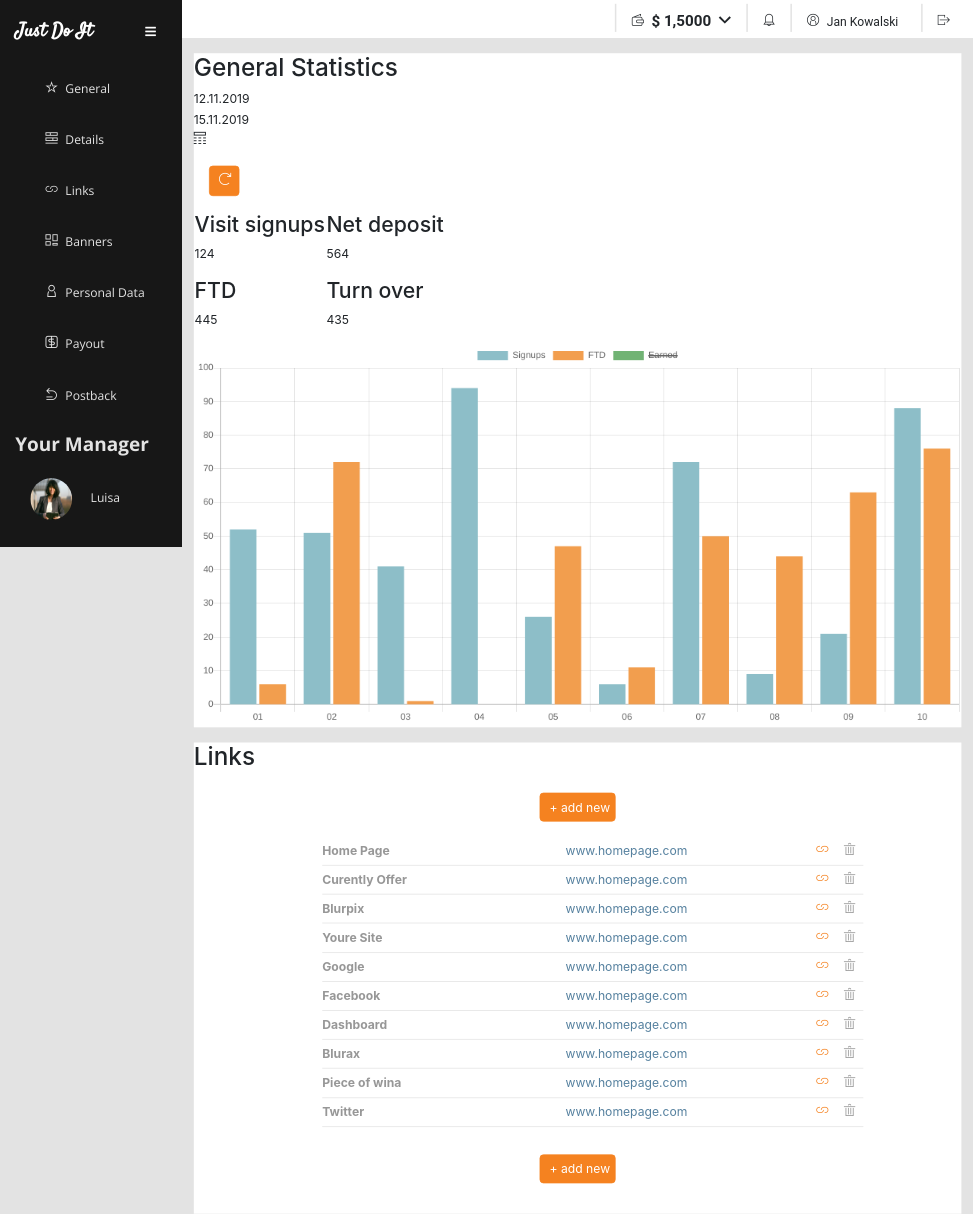
Repository: OllaWilk/wwwJustDoIt
Page: index.html
The author's editor kept a copy of each file at every save. The page is drawn from the files as they stood at one save, then again after the next save.
The browser window is 1280 px wide. The pictures show the whole page, at 76% of full size.
Some web libraries are served in a nearby version. The style sheet was rebuilt from its Sass, Less or Tailwind sources for each picture, by a compiler version that may differ from the author's.

Above is the page before, as saved 2019-12-25 16:48:18.

After the next save:
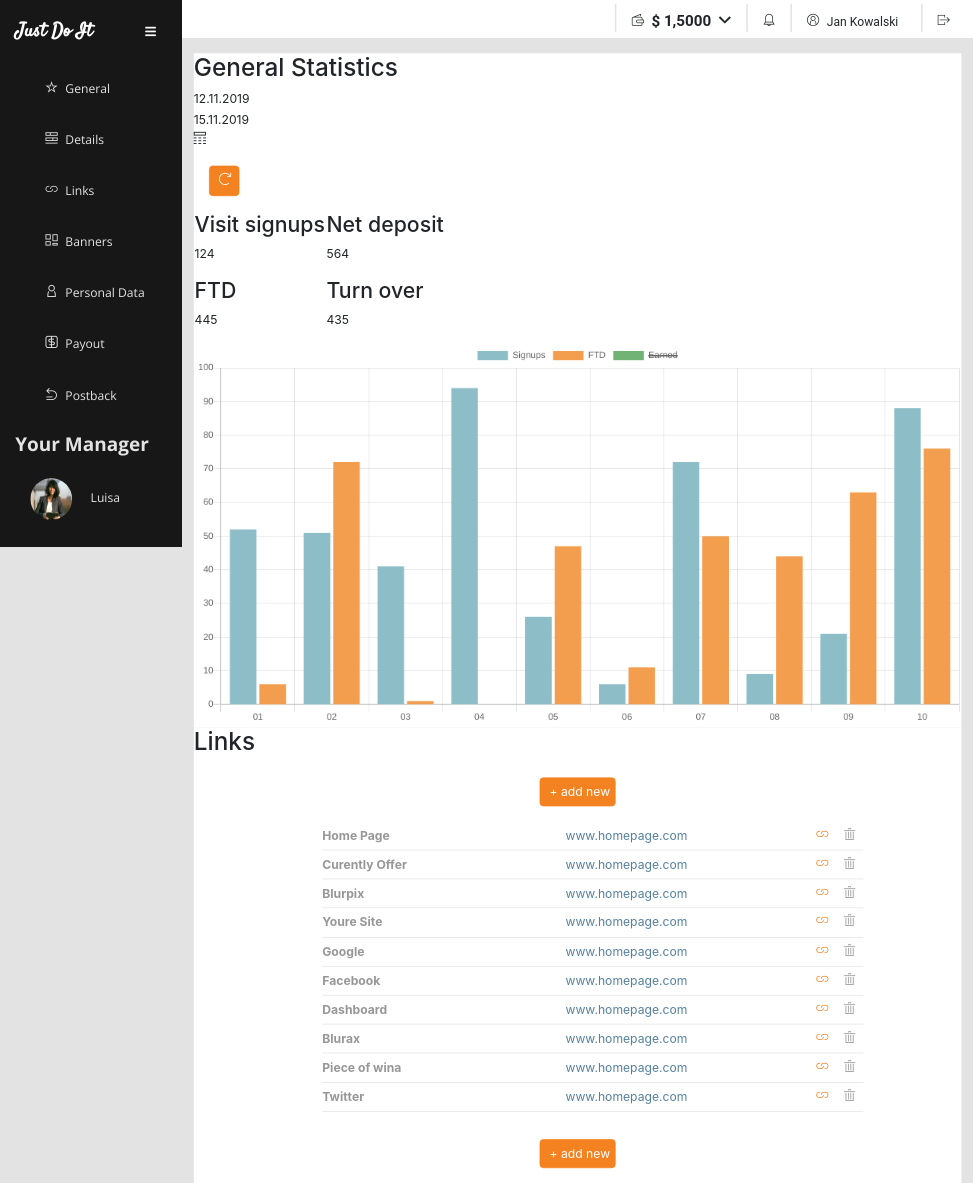
Saved 19 s later.
--- a/sass/pages/_links.scss
+++ b/sass/pages/_links.scss
@@ -1,6 +1,6 @@
 
 //Linki
-.links {
+.link {
     margin-top: 20px;
     padding-bottom: 20px;
 }
